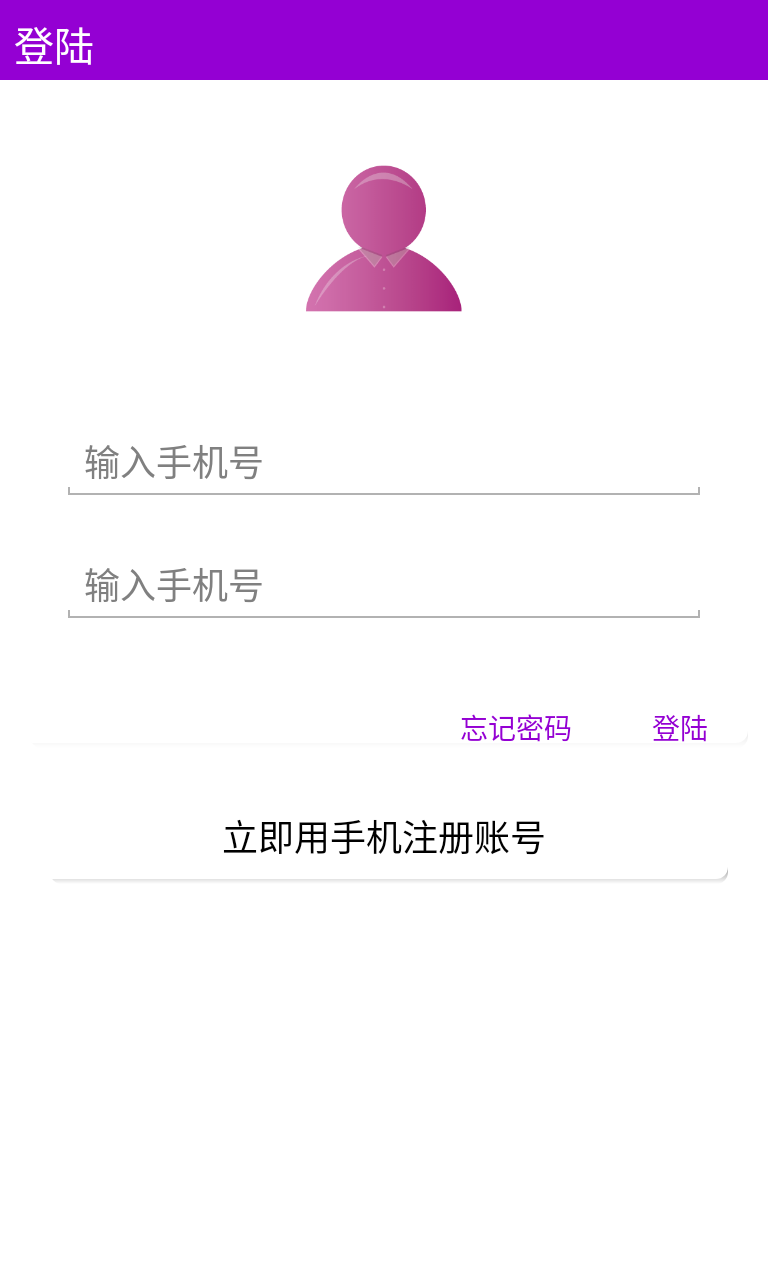
Repository: mrhanliang/Android_4.2
Layout: Android_Level_work/res/layout/activity_main.xml
The author's editor kept a copy of each file at every save. The layout is drawn from the files as they stood at one save, then again after the next save.
It is drawn on a 768 x 1280 px phone screen (xhdpi) without system bars, with theme AppTheme; the app's code is not run.

Above is the layout before, as saved 2015-12-05 13:40:12.

After the next save:
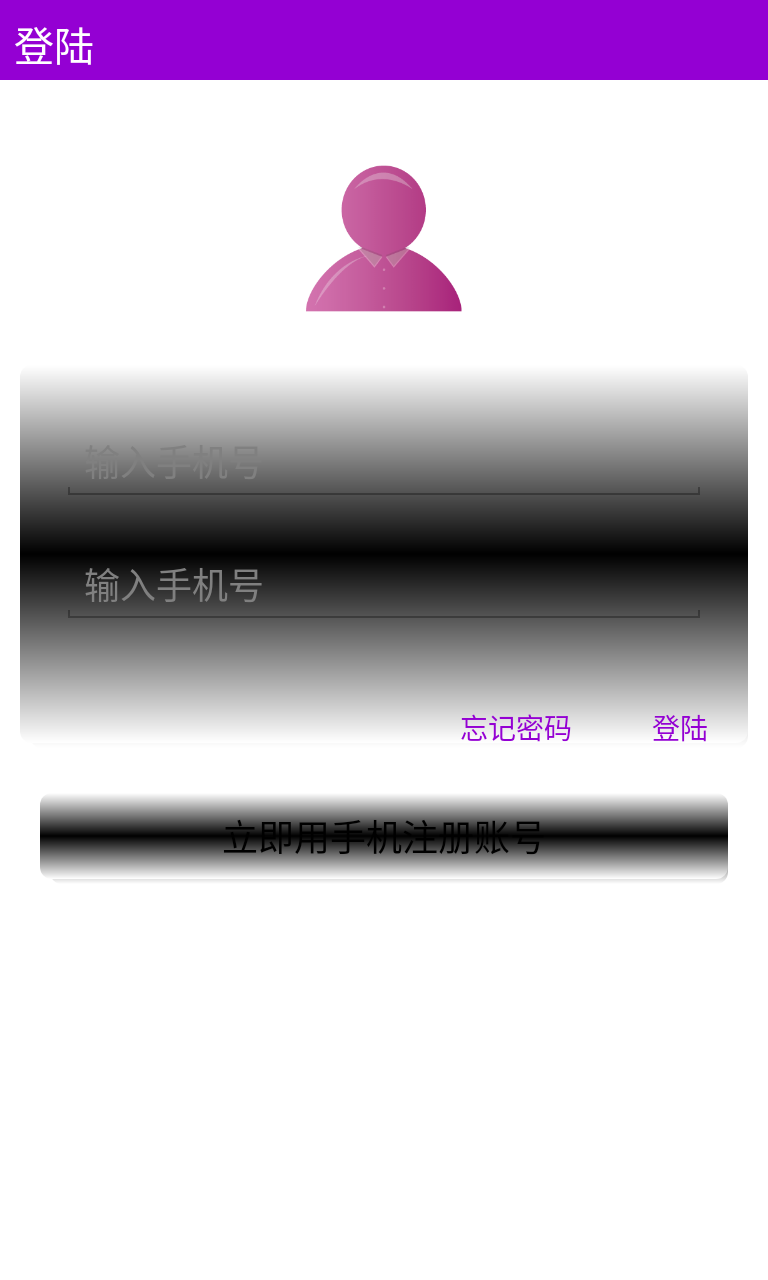
Saved 64 s later.
--- a/Android_Level_work/res/drawable-v14/html.xml
+++ b/Android_Level_work/res/drawable-v14/html.xml
@@ -27,8 +27,9 @@
 
             <gradient
                 android:angle="270"
-                android:endColor="#ffffff"
-                android:startColor="#ffffff"/>
+                android:startColor="#ffffff"
+                android:centerColor="#000000"
+                android:endColor="#ffffff"/>
             <corners
                 android:bottomLeftRadius="6dp"
                 android:bottomRightRadius="6dp"

After the save that followed:
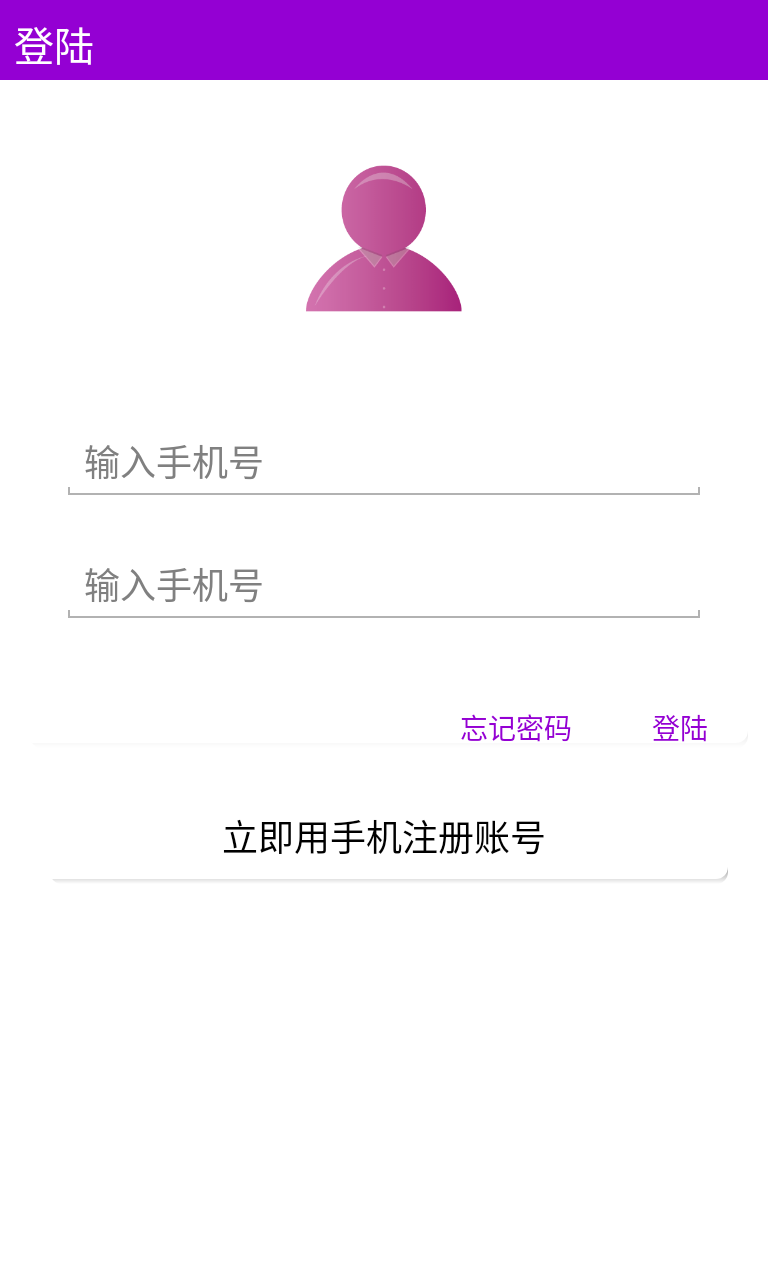
Saved 13 s later.
--- a/Android_Level_work/res/drawable-v14/html.xml
+++ b/Android_Level_work/res/drawable-v14/html.xml
@@ -28,7 +28,6 @@
             <gradient
                 android:angle="270"
                 android:startColor="#ffffff"
-                android:centerColor="#000000"
                 android:endColor="#ffffff"/>
             <corners
                 android:bottomLeftRadius="6dp"
